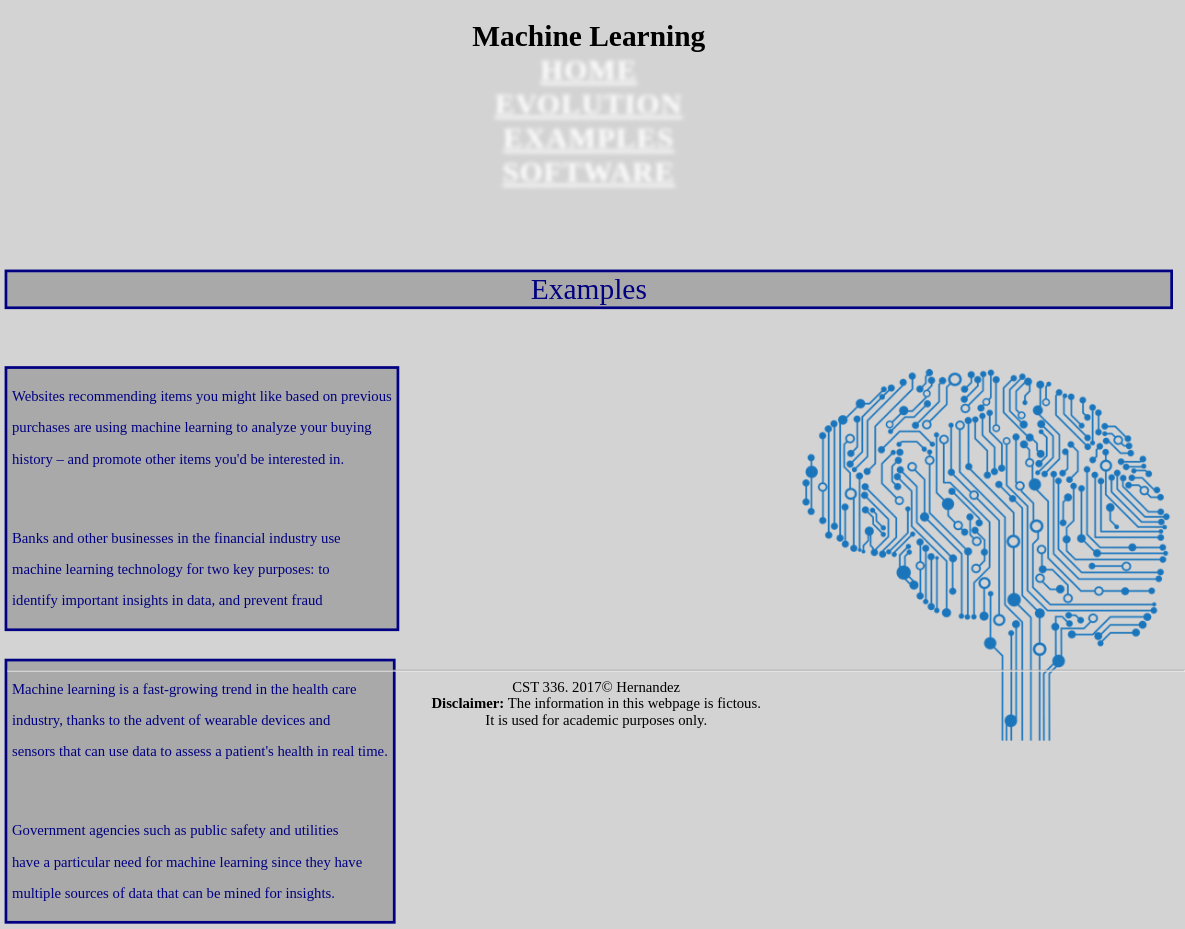
Repository: TheRealCisco/f2017CST336
Page: Homework/examples.html
The author's editor kept a record of every edit. The page is drawn from the files as they stood at one moment, then again after the next edit.
The browser window is 1280 px wide. The page is 1288 px wide, so the pictures cover 1288 px, including what lies to the right of the window. The pictures show the whole page, at 92% of full size.

Above is the page before.

After the next edit:
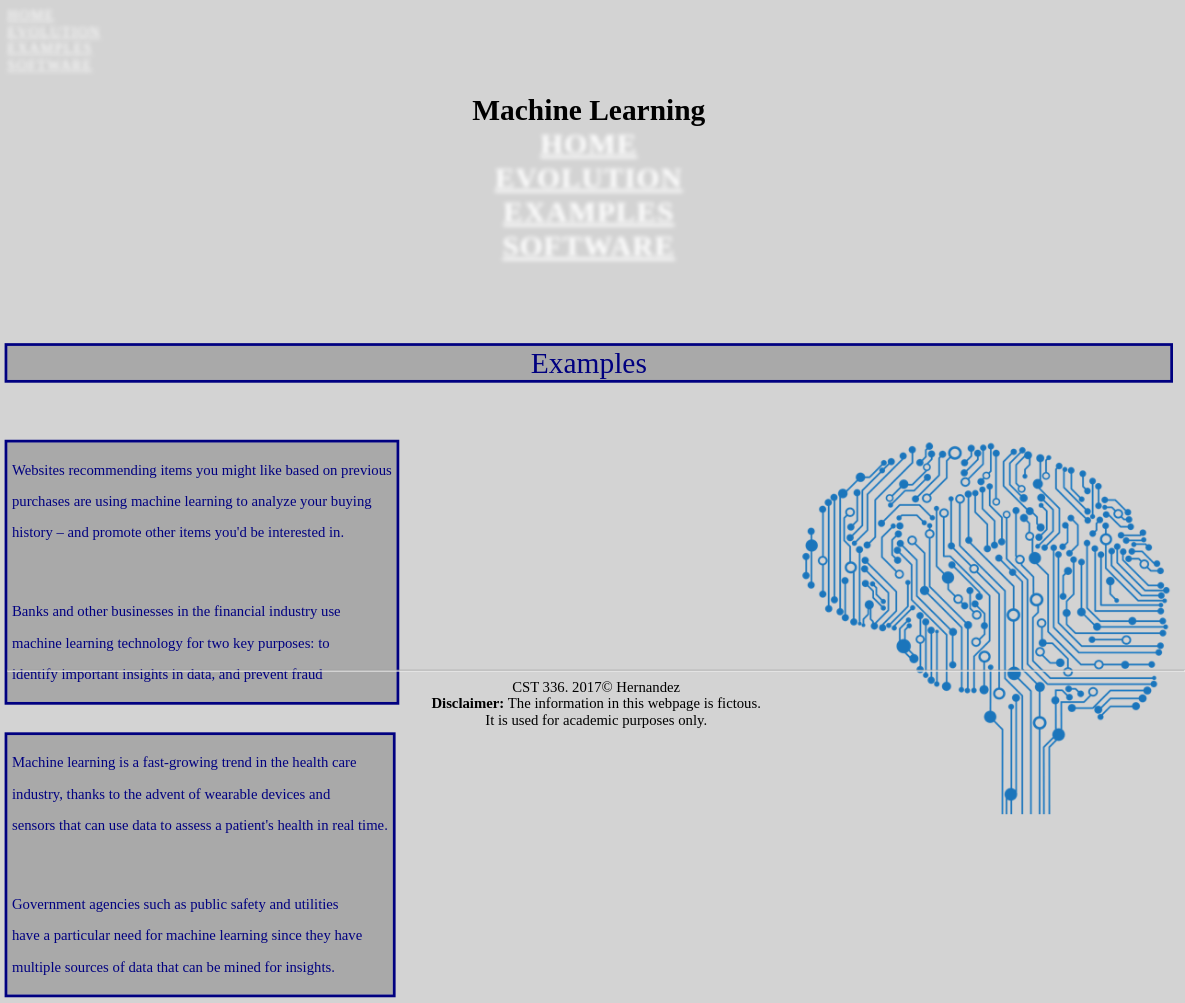
The edit:
--- a/Homework/examples.html
+++ b/Homework/examples.html
@@ -10,7 +10,12 @@
         <link href="css/style.css" rel="stylesheet" type="text/css" />
         <link href="https://fonts.googleapis.com/css?family=Pacifico" rel="stylesheet">
     </head>
-
+                <ul class="bmenu">
+	                <li><a href="index.html">Home</a></li>
+	                <li><a href="evolution.html">Evolution</a></li>
+	                <li><a href="examples.html">Examples</a></li>
+	                <li><a href="software.html">Software</a></li>
+                </ul>
     <body>
         <header>
             <h1>
